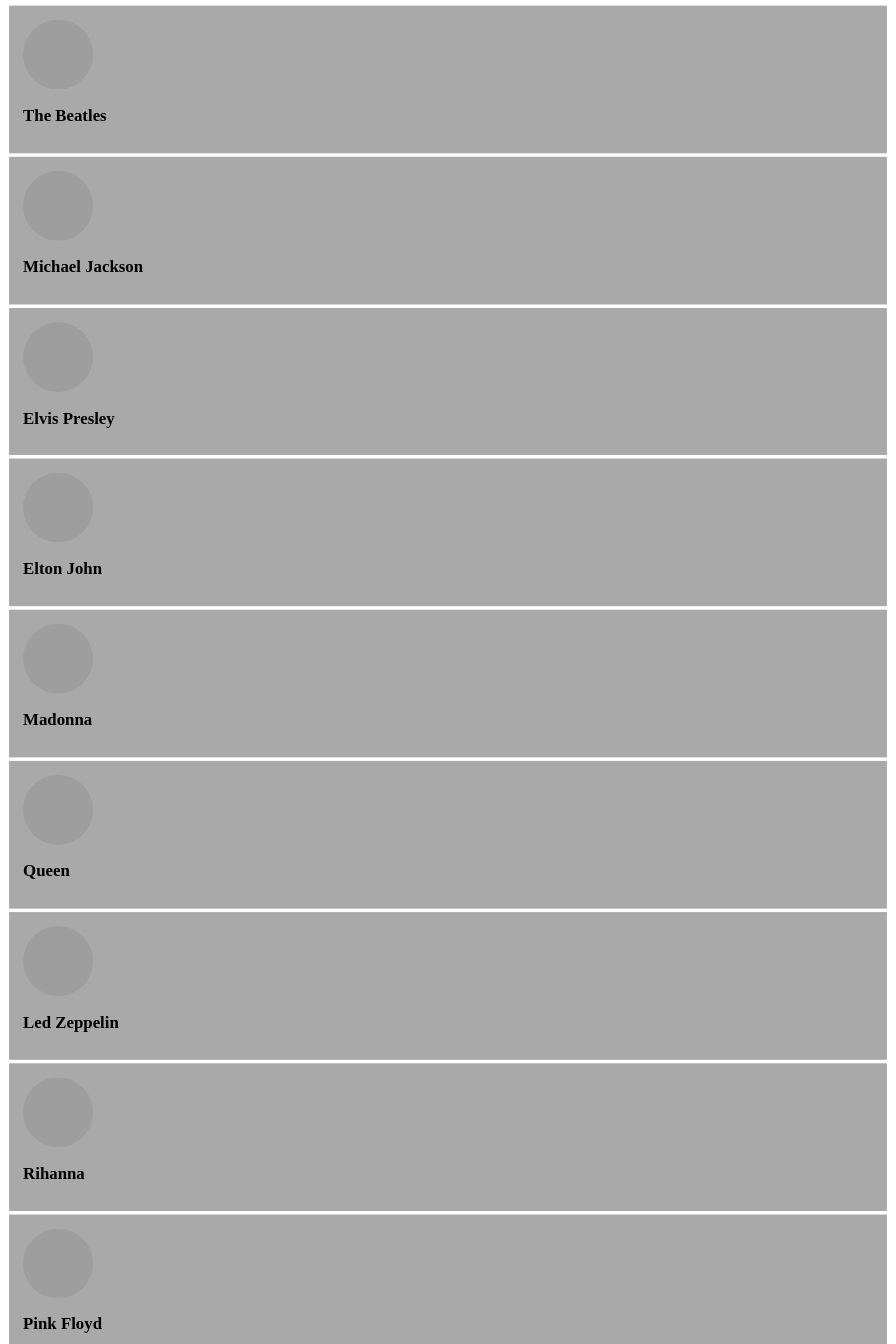
Repository: MelissaJacobi/Frontend-lab-2
Page: /
An editor plug-in stored every save of this project. The page is shown before and after the next save, followed by the edit.
The browser window is 1280 px wide. The pictures show the part of the page from y = 0 to 1920 px (the page is 2169 px tall before and 23750 px after), at 70% of full size.
Pictures or frames that could not be fetched are drawn as grey boxes. The project was rebuilt for these pictures with package versions that can differ from the ones it lists, and the page was loaded fresh each time. Also part of the build but not shown: vite.config.js.

Above is the page before, as saved 2024-09-19 09:16:14.

After the next save:
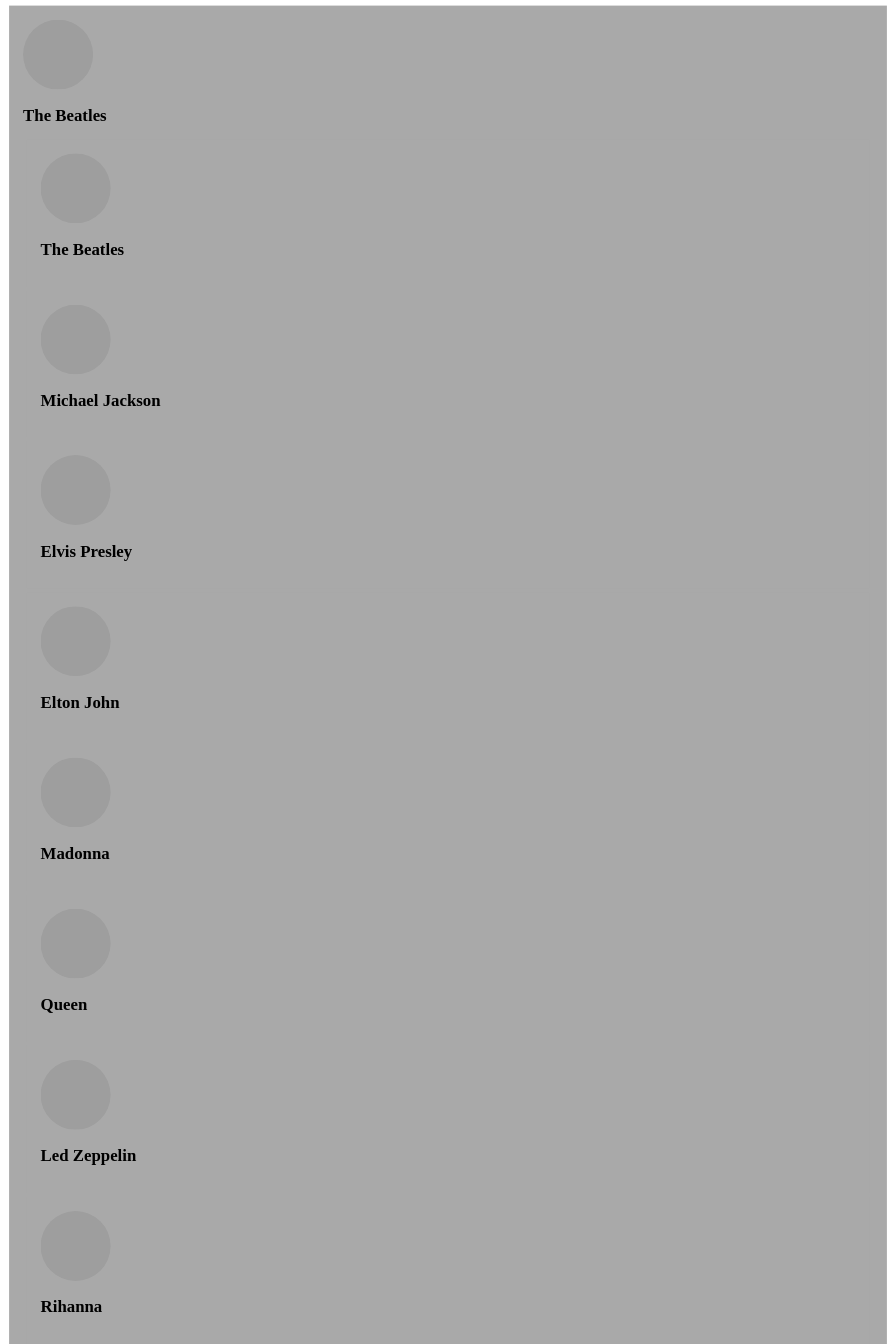
Saved 18 s later.
--- a/src/App.jsx
+++ b/src/App.jsx
@@ -10,6 +10,9 @@
             <div key={artist.name} className="artist">
               <img src={artist.photo_url} alt={artist.name} className="photo" />
               <h2>{artist.name}</h2>
+              <div>
+                <ArtistDetails />
+              </div>
             </div>
           </div>
         ))}
